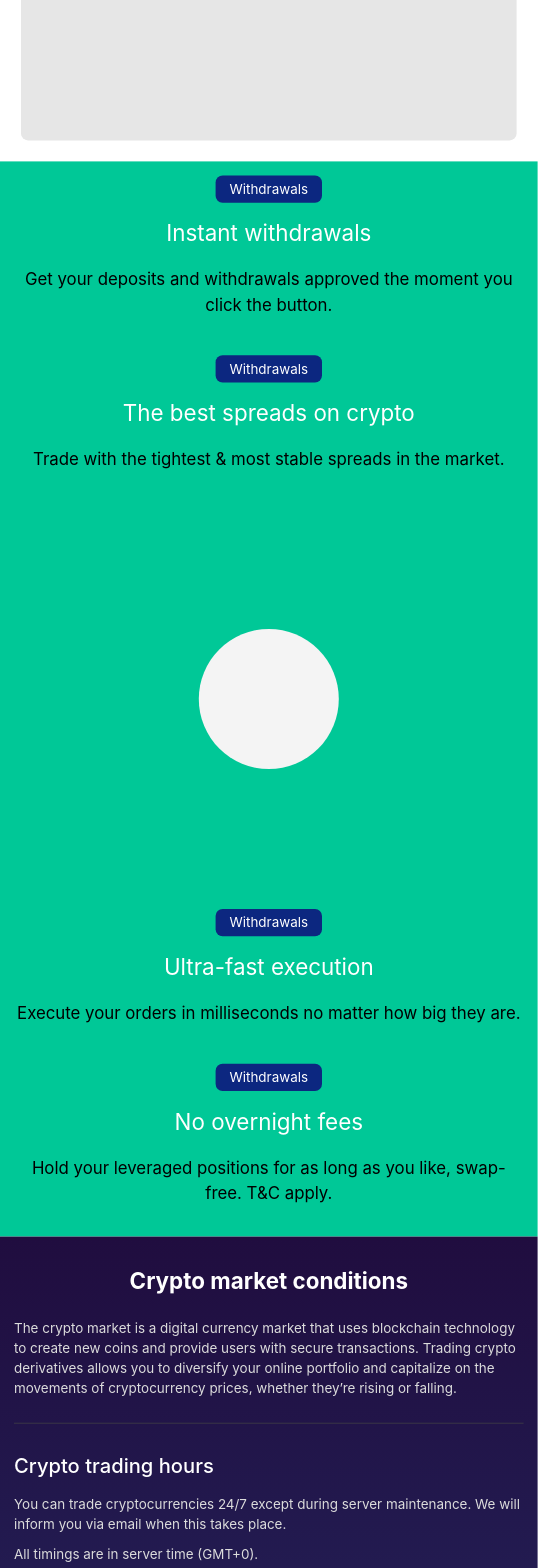
Repository: RevenewMarketing/Assex
Page: /atc
These files come from the project's save history. The page is drawn as it stood at one moment and after the next save; the edit follows.
The browser window is 768 px wide. The page is 798 px wide, so the pictures cover 798 px, including what lies to the right of the window. The pictures show the part of the page from y = 1682 to 3922 px (the page is 7432 px tall before and 7203 px after), at 70% of full size.
The project was rebuilt for these pictures with package versions that can differ from the ones it lists, and the page was loaded fresh each time. Also part of the build but not shown: vite.config.ts, src/pages/home/sections/HeroSection.module.css, src/pages/home/sections/HeroSection.tsx, src/pages/home/sections/Section2.tsx, src/pages/home/sections/Section3.tsx, src/pages/home/sections/Section4.tsx, src/pages/home/sections/Section5.tsx, src/pages/home/sections/Section6.tsx and 19 more.

Above is the page before, as saved 2024-11-29 11:11:36.

After the next save:
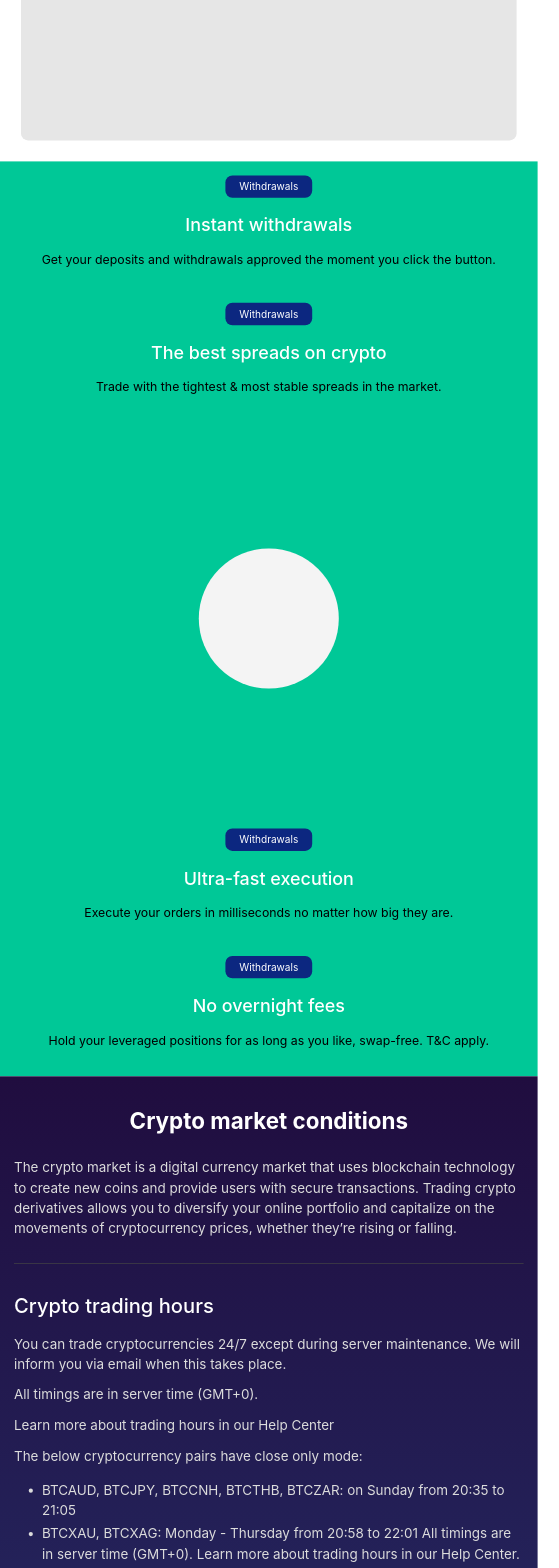
Saved 45 s later.
--- a/src/pages/account_type_crypto/sections/Section3.module.css
+++ b/src/pages/account_type_crypto/sections/Section3.module.css
@@ -50,30 +50,46 @@
   background-color: #0C2780;
   color: white;
   padding: 5px 20px;
-  font-size: 1.2rem;
+  font-size: 1rem; /* Reduced for better scaling */
   border-radius: 10px;
   margin-bottom: 10px;
 }
 
+@media (max-width: 768px) {
+  .label {
+    font-size: 0.9rem; /* Adjusted for smaller screens */
+  }
+}
+
 .title {
-  font-size: 2rem;
-  font-weight: 400;
+  font-size: 1.8rem; /* Adjusted to maintain a clean hierarchy */
+  font-weight: 500; /* Slightly increased for better readability */
   margin: 10px 0;
   color: white;
 }
 
+@media (max-width: 768px) {
+  .title {
+    font-size: 1.6rem; /* Scaled down for smaller screens */
+  }
+}
+
 .description {
-  font-size: 1.5rem;
+  font-size: 1.3rem; /* Reduced for readability */
   color: #000000;
 }
 
 @media (max-width: 768px) {
-  .leftColumn,
-  .rightColumn {
-    align-items: center;
-  }
-
-  .imageContainer {
-    margin: 30px 0;
+  .description {
+    font-size: 1.1rem; /* Adjusted for smaller screens */
   }
 }
+
+.leftColumn,
+.rightColumn {
+  align-items: center;
+}
+
+.imageContainer {
+  margin: 30px 0;
+}
